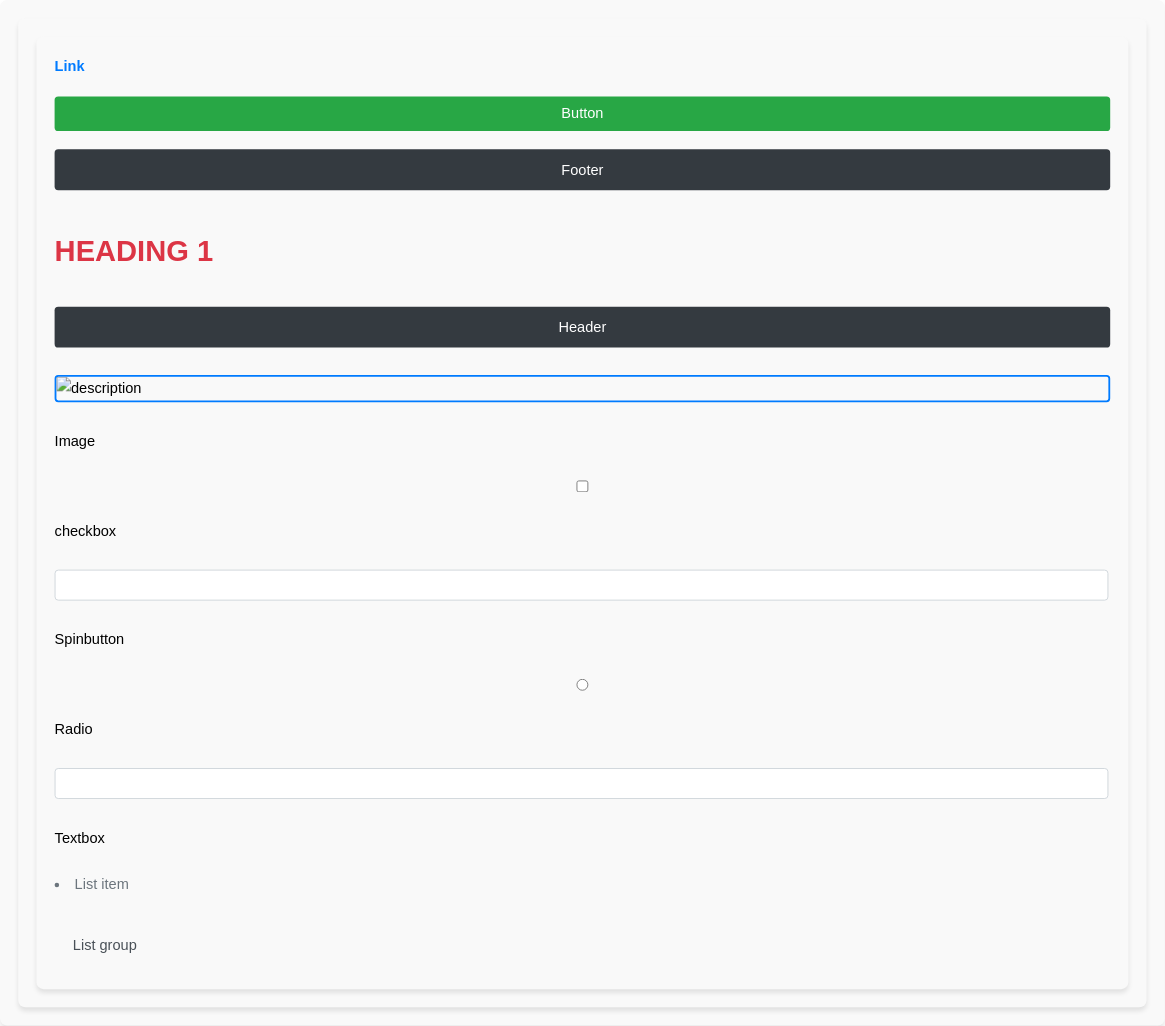
Repository: AiTrinh303/Jest_Sample
Page: / (app in small-test/)
These files come from the project's save history. The page is drawn as it stood at one moment and after a run of saves; the edit follows.
The browser window is 1280 px wide. The pictures show the whole page, at 91% of full size.
The project was rebuilt for these pictures with package versions that can differ from the ones it lists, and the page was loaded fresh each time.

Above is the page before, as saved 2024-11-25 20:55:24.

### small-test/src/App.js
import RoleExample from "./components/RoleExample";

function App() {
  return (
    <div>
      <RoleExample />
    </div>
  );
}

export default App;

### small-test/src/components/RoleExample.jsx
import React from 'react'
import './RoleExample.css'

const RoleExample = () => {
  return (
    <div className='container'>
      <a href="/">Link</a>
      <button>Button</button>
      <footer>Footer</footer>
      <h1>Heading 1</h1>
      <header>Header</header>
      <img alt="description"/>Image
      <input type="checkbox"/>checkbox
      <input type="number"/>Spinbutton
      <input type="radio"/>Radio
      <input type="text"/>Textbox
      <li>List item</li>
      <ul>List group</ul>
    </div>
  )
}

export default RoleExample

### small-test/src/components/RoleExample.css
/* RoleExample.css */
.container{
    display: flex;
    flex-direction: column;
    gap: 20px;
    font-family: 'Arial', sans-serif;
    line-height: 1.6;
    background-color: #f9f9f9;
}

div {
    font-family: 'Arial', sans-serif;
    line-height: 1.6;
    background-color: #f9f9f9; /* Light background for Vietnamese style */
    padding: 20px;
    border-radius: 8px;
    box-shadow: 0 4px 6px rgba(0, 0, 0, 0.1);
  }

  /* Link styling */
  a {
    color: #007bff; /* Vietnamese-themed vibrant blue */
    text-decoration: none;
    font-weight: bold;
  }

  a:hover {
    text-decoration: underline;
  }

  /* Button styling */
  button {
    background-color: #28a745; /* Green for freshness */
    color: white;
    border: none;
    padding: 10px 15px;
    font-size: 16px;
    border-radius: 4px;
    cursor: pointer;
    transition: background-color 0.3s ease;
  }

  button:hover {
    background-color: #218838; /* Darker green on hover */
  }

  /* Footer and header */
  footer, header {
    background-color: #343a40; /* Dark color for contrast */
    color: white;
    padding: 10px 15px;
    border-radius: 4px;
    text-align: center;
  }

  /* Headings */
  h1 {
    color: #dc3545; /* Bold red for headings */
    text-transform: uppercase;
    margin-bottom: 15px;
  }

  /* Image */
  img {
    display: block;
    max-width: 100%;
    margin: 10px 0;
    border: 2px solid #007bff;
    border-radius: 4px;
  }

  /* Inputs */
  input[type="checkbox"], input[type="radio"], input[type="number"], input[type="text"] {
    margin: 10px 0;
    padding: 8px;
    font-size: 14px;
    border: 1px solid #ced4da;
    border-radius: 4px;
    width: calc(100% - 20px);
  }

  input[type="checkbox"], input[type="radio"] {
    width: auto;
  }

  /* List styling */
  li {
    color: #6c757d;
    margin: 5px 0;
  }

  ul {
    list-style: square;
    padding-left: 20px;
    color: #495057;
  }

Loaded but not shown: small-test/public/index.html (common file); small-test/src/index.js (common file); small-test/src/index.css (common file); small-test/src/reportWebVitals.js (common file)

After the next 2 saves:
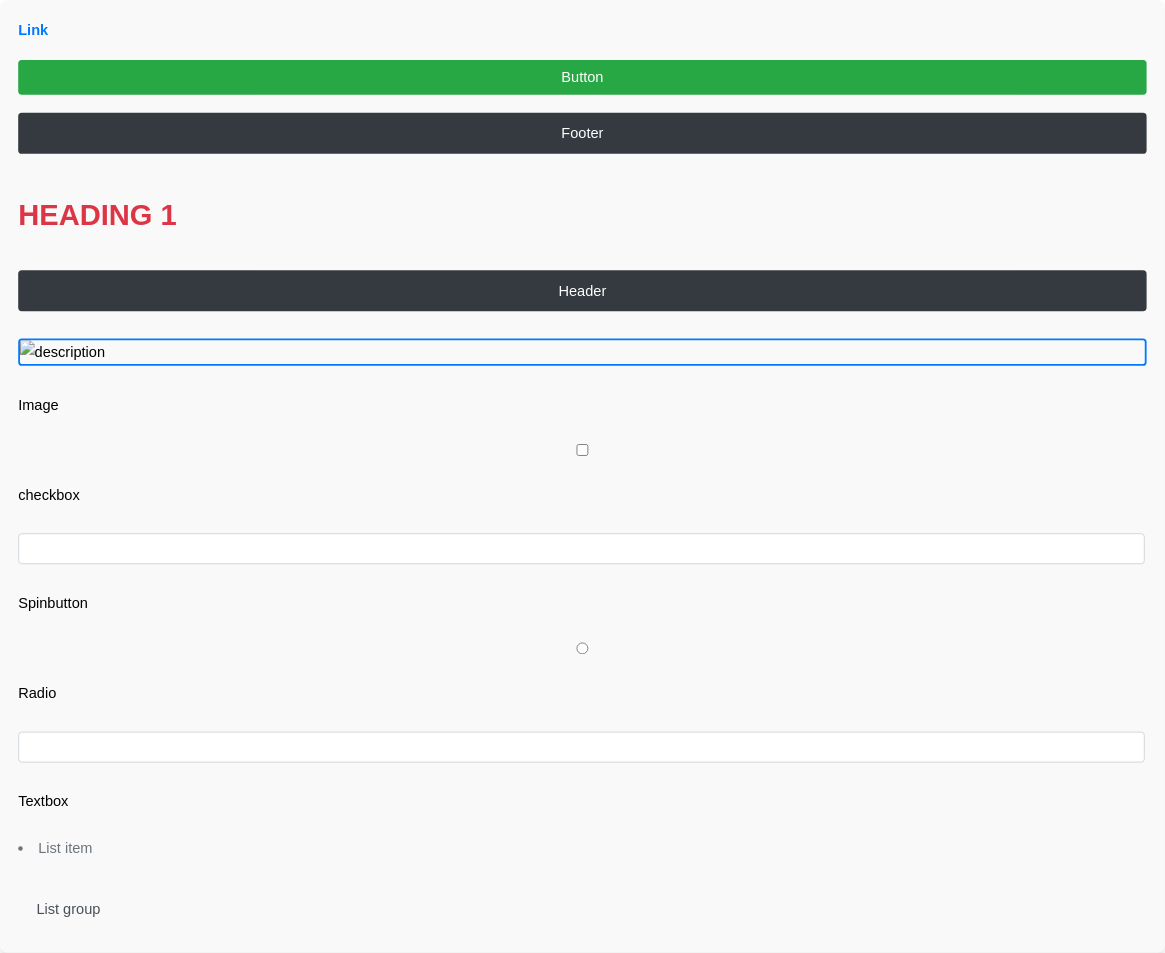
The 2 saves are shown as one change because they came seconds apart.
The last was saved 13 s later.
--- a/small-test/src/components/RoleExample.css
+++ b/small-test/src/components/RoleExample.css
@@ -6,16 +6,11 @@
     font-family: 'Arial', sans-serif;
     line-height: 1.6;
     background-color: #f9f9f9;
-}
-
-div {
-    font-family: 'Arial', sans-serif;
-    line-height: 1.6;
-    background-color: #f9f9f9; /* Light background for Vietnamese style */
     padding: 20px;
     border-radius: 8px;
     box-shadow: 0 4px 6px rgba(0, 0, 0, 0.1);
-  }
+}
+
 
   /* Link styling */
   a {
